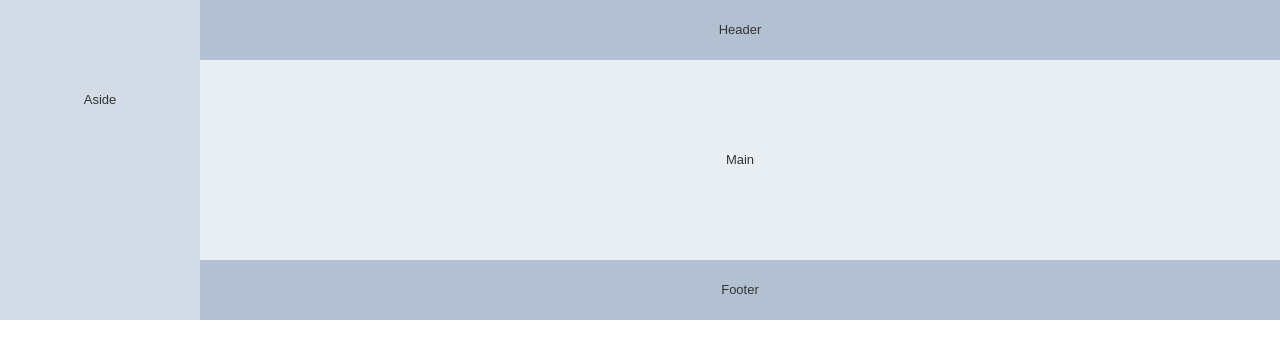
Repository: wuder-jie/Manager-System
Page: /home
The author's editor kept a copy of each file at every save. The page is drawn from the files as they stood at one save, then again after a run of saves.
The browser window is 1280 px wide. The pictures show the whole page.
The project was rebuilt for these pictures with package versions that can differ from the ones it lists, and the page was loaded fresh each time. Also part of the build but not shown: vue.config.js.

Above is the page before, as saved 2022-11-28 13:46:11.

### src/main.js
import Vue from "vue";
import App from "./App.vue";
import ElementUI from "element-ui";
import "element-ui/lib/theme-chalk/index.css";
// 引入reset样式重置文件。
import "@/assets/css/reset.css";
// 引入图标样式
import "font-awesome/css/font-awesome.min.css";
// 引入axios
import service from "@/api/service.js";
// 引入路由器
import router from "@/router";
// 把axios挂载到原型，所有的vc都可访问。
Vue.prototype.service = service;
Vue.config.productionTip = false;
Vue.use(ElementUI);

new Vue({ router, render: (h) => h(App) }).$mount("#app");

### src/App.vue
<template>
  <div id="app">
    <router-view></router-view>
  </div>
</template>

<script>
export default {
  name: "app",
  data() {
    return {};
  },
  components: {},
  methods: {},
};
</script>
<style lang="scss">
.suc {
  background-color: red;
}
</style>

### src/assets/css/reset.css
body {
  font-family:arial,helvetica,sans-serif;
  font-size:13px;
  font-size-adjust:none;
  font-stretch:normal;
  font-style:normal;
  font-variant:normal;
  font-weight:normal;
  line-height:1.4;
  text-align:center;
  }
  *{
    margin: 0;
    padding: 0;
    box-sizing: border-box;
  }
  html,body,#app{
    width: 100%;
    height: 100%;
  }
  body, ul, ol, dl, dd, h1, h2, h3, h4, h5, h6, p, form, fieldset, legend, input, textarea, select, button, th, td {
  margin:0;
  padding:0;
  }
  h1, h2, h3, h4, h5, h6 {
  font-size:100%;
  font-weight:normal;
  }
  table {
  font-size:inherit;
  }
  input, select {
  font-family:arial,helvetica,clean,sans-serif;
  font-size:100%;
  font-size-adjust:none;
  font-stretch:normal;
  font-style:normal;
  font-variant:normal;
  font-weight:normal;
  line-height:normal;
  }
  button {
  overflow:visible;
  }
  th, em, strong, b, address, cite {
  font-style:normal;
  font-weight:normal;
  }
  li {
  list-style-image:none;
  list-style-position:outside;
  list-style-type:none;
  }
  img, fieldset {
  border:0 none;
  }
  ins {
  text-decoration:none;
  }

### src/api/service.js
import axios from "axios";
import { getToken } from "@/utils/localStorage.js";
const service = axios.create({
  baseURL: "/api2",
  timeout: 3000,
});
// 添加请求拦截器
service.interceptors.request.use(
  function (config) {
    // 在发送请求之前做些什么
    // 配置token到headers中。
    if (getToken("TOKEN")) {
      config.headers["token"] = getToken("TOKEN");
    }

    return config;
  },
  function (error) {
    // 对请求错误做些什么
    return Promise.reject(error);
  }
);

// 添加响应拦截器
service.interceptors.response.use(
  function (response) {
    // 对响应数据做点什么
    return response;
  },
  function (error) {
    // 对响应错误做点什么
    return Promise.reject(error);
  }
);
export default service;

### src/router/index.js
import Vue from "vue";
import Router from "vue-router";
Vue.use(Router);
const routes = [
  {
    path: "/",
    redirect: "/login",
  },
  {
    name: "Login",
    path: "/login",
    // 路由懒加载
    component: () => import("@/pages/login"),
  },
  {
    name: "NotFound",
    path: "*",
    // 路由懒加载
    component: () => import("@/components/common/NotFound.vue"),
  },
  {
    name: "Home",
    path: "/home",
    // 路由懒加载
    component: () => import("@/pages/home"),
    // 异步组件
    // component: (resolve) => require(["@/pages/home"], resolve),
  },
];

const router = new Router({
  mode: "history",
  routes,
});
export default router;

### src/utils/localStorage.js
export function setToken(key, value) {
  localStorage.setItem(key, value);
}
export function getToken(key) {
  return localStorage.getItem(key);
}
export function removeToken(key) {
  localStorage.removeItem(key);
}

### src/pages/home/index.vue
<template>
  <div id="home">
    <el-container>
      <el-aside width="200px">Aside</el-aside>
      <el-container>
        <el-header>Header</el-header>
        <el-main>Main</el-main>
        <el-footer>Footer</el-footer>
      </el-container>
    </el-container>
  </div>
</template>

<script>
export default {
  name: "HomeItem",
  data() {
    return {};
  },
  components: {},
  methods: {},
};
</script>
<style lang="scss" scoped>
#home {
  .el-button {
    color: red;
  }
  .el-header,
  .el-footer {
    background-color: #b3c0d1;
    color: #333;
    text-align: center;
    line-height: 60px;
  }

  .el-aside {
    background-color: #d3dce6;
    color: #333;
    text-align: center;
    line-height: 200px;
  }

  .el-main {
    background-color: #e9eef3;
    color: #333;
    text-align: center;
    line-height: 160px;
  }

  body > .el-container {
    margin-bottom: 40px;
  }

  .el-container:nth-child(5) .el-aside,
  .el-container:nth-child(6) .el-aside {
    line-height: 260px;
  }

  .el-container:nth-child(7) .el-aside {
    line-height: 320px;
  }
}
</style>

Loaded but not shown: public/index.html (common file)

After the next 5 saves:
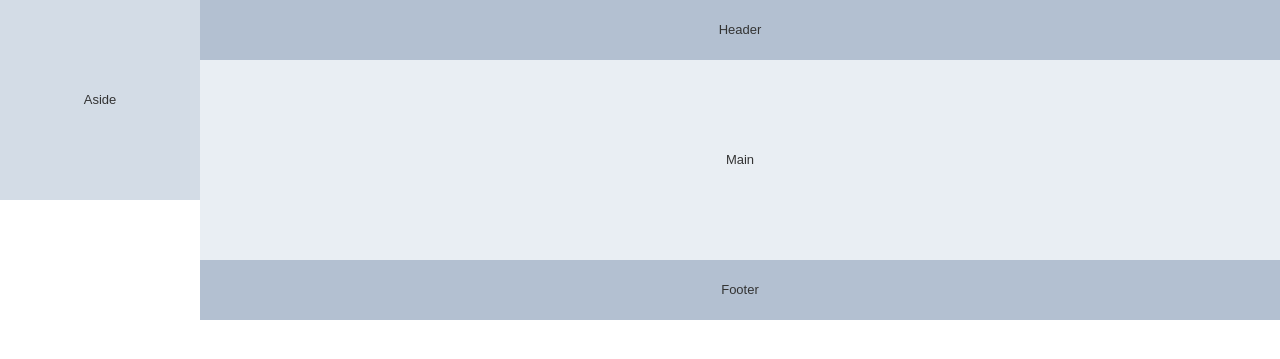
The 5 saves are shown as one change because 1 did not build or start and some came seconds apart.
The last was saved 60 s later.
--- a/src/pages/home/index.vue
+++ b/src/pages/home/index.vue
@@ -60,5 +60,8 @@ export default {
   .el-container:nth-child(7) .el-aside {
     line-height: 320px;
   }
+  .el-aside{
+    height: 100%;
+  }
 }
 </style>
